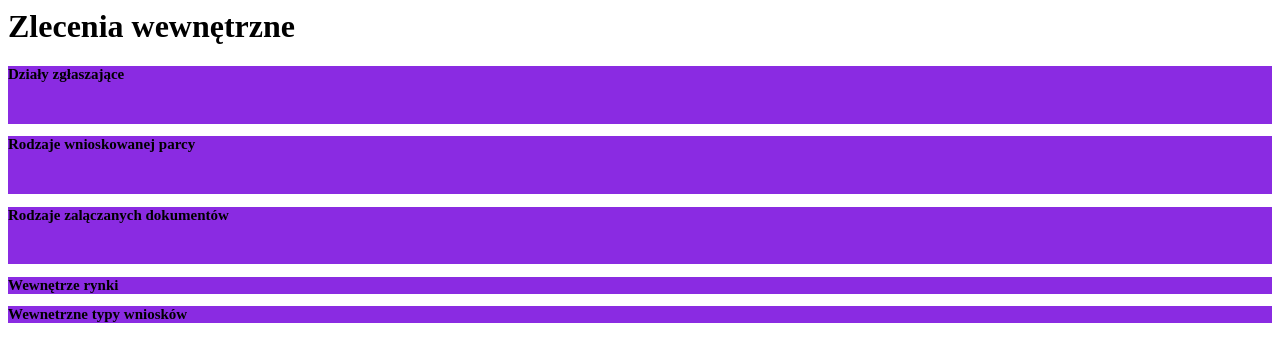
Repository: emdes515/EHpanel
Page: html/dashboardZleceniaWewnetrzne.html
These files come from the project's save history. The page is drawn as it stood at one moment and after the next save; the edit follows.
The browser window is 1280 px wide. The pictures show the whole page.

Above is the page before, as saved 2024-04-18 07:43:55.
Console error: ReferenceError: $ is not defined

### html/dashboardZleceniaWewnetrzne.html
<style>
	h2 {
		font-size: 15px;
		margin-top: 10px;
	}
</style>

<h1 class="text-center w-100">Zlecenia wewnętrzne</h1>

<div
	class="d-grid grid-col container-fluid text-center"
	style="height: 80vh">
	<div class="row">
		<div
			class="col border-primary"
			style="background-color: blueviolet"
			id="dashboardZleceniaWewnetrzneDzialyZglaszajace">
			<h2 style="height: 10%">Działy zgłaszające</h2>
			<div id="dashboardZleceniaWewnetrzneDzialyZglaszajacePulpit"></div>
		</div>

		<div
			class="col border-primary"
			style="background-color: blueviolet"
			id="dashboardZleceniaWewnetrzneRodzajeWnioskowanejPracy">
			<h2 style="height: 10%">Rodzaje wnioskowanej parcy</h2>
			<div id="dashboardZleceniaWewnetrzneRodzajeWnioskowanejPracyPulpit"></div>
		</div>

		<div
			class="col border-primary"
			style="background-color: blueviolet"
			id="dashboardZleceniaWewnetrzneRodzajeZalaczanychDokumentow">
			<h2 style="height: 10%">Rodzaje zalączanych dokumentów</h2>
			<div id="dashboardZleceniaWewnetrzneRodzajeZalaczanychDokumentowPulpit"></div>
		</div>
	</div>

	<div class="row">
		<div
			class="col-4 border-primary"
			style="background-color: blueviolet"
			id="dashboardZleceniaWewnetrzneRynki">
			<h2>Wewnętrze rynki</h2>
			<div id="dashboardZleceniaWewnetrzneRynkiPulpit"></div>
		</div>

		<div
			class="col-4 border-primary"
			style="background-color: blueviolet"
			id="dashboardZleceniaWewnetrzneTypyWnioskow">
			<h2>Wewnetrzne typy wniosków</h2>
			<div id="dashboardZleceniaWewnetrzneTypyWnioskowPulpit"></div>
		</div>
	</div>

	<script
		type="text/javascript"
		src="js/dashboardZleceniaWewnetrzne.js"></script>
</div>

### js/dashboardZleceniaWewnetrzne.js
$(document).ready(function () {
	const daneJSON = wczytajDane('php/index.php', {
		modul: 'dashboardZleceniaWewnetrzne',
		funkcja: 'wczytaj',
		idPracownika: wczytajDane('php/index.php', {
			modul: 'logowanie',
			funkcja: 'getIdPracownika',
		}).wynik,
	});

	if (daneJSON['menu_zleceniaWewnetrzne_dzialZglaszajacy'].menu_zleceniaWewnetrzne_dzialZglaszajacy)
		$('#dashboardZleceniaWewnetrzneDzialyZglaszajacePulpit').html(
			daneJSON['menu_zleceniaWewnetrzne_dzialZglaszajacy'].html
		);
	else $('#dashboardZleceniaWewnetrzneDzialyZglaszajacePulpit').load('html/brakUprawnien.html');

	if (
		daneJSON['menu_zleceniaWewnetrzne_rodzajWnioskowanejPracy']
			.menu_zleceniaWewnetrzne_rodzajWnioskowanejPracy
	)
		$('#dashboardZleceniaWewnetrzneRodzajeWnioskowanejPracyPulpit').html(
			daneJSON['menu_zleceniaWewnetrzne_rodzajWnioskowanejPracy'].html
		);
	else
		$('#dashboardZleceniaWewnetrzneRodzajeWnioskowanejPracyPulpit').load('html/brakUprawnien.html');

	if (
		daneJSON['menu_zleceniaWewnetrzne_rodzajZalaczanychDokumentow']
			.menu_zleceniaWewnetrzne_rodzajZalaczanychDokumentow
	)
		$('#dashboardZleceniaWewnetrzneRodzajeZalaczanychDokumentowPulpit').html(
			daneJSON['menu_zleceniaWewnetrzne_rodzajZalaczanychDokumentow'].html
		);
	else
		$('#dashboardZleceniaWewnetrzneRodzajeZalaczanychDokumentowPulpit').load(
			'html/brakUprawnien.html'
		);

	if (daneJSON['menu_zleceniaWewnetrzne_rynkek'].menu_zleceniaWewnetrzne_rynkek)
		$('#dashboardZleceniaWewnetrzneRynkiPulpit').html(
			daneJSON['menu_zleceniaWewnetrzne_rynkek'].html
		);
	else $('#dashboardZleceniaWewnetrzneRynkiPulpit').load('html/brakUprawnien.html');

	if (daneJSON['menu_zleceniaWewnetrzne_typWniosku'].menu_zleceniaWewnetrzne_typWniosku)
		$('#dashboardZleceniaWewnetrzneTypyWnioskowPulpit').html(
			daneJSON['menu_zleceniaWewnetrzne_typWniosku'].html
		);
	else $('#dashboardZleceniaWewnetrzneTypyWnioskowPulpit').load('html/brakUprawnien.html');
});

After the next save:
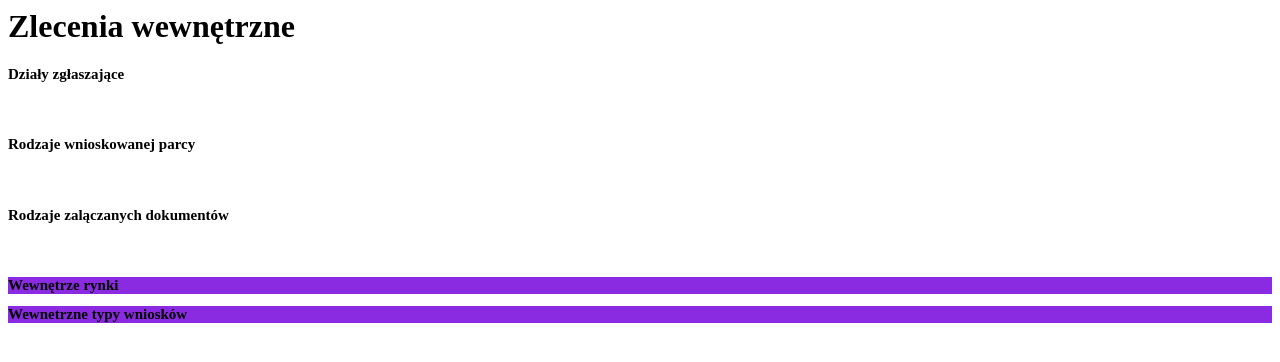
Saved 43 s later.
--- a/html/dashboardZleceniaWewnetrzne.html
+++ b/html/dashboardZleceniaWewnetrzne.html
@@ -13,7 +13,6 @@
 	<div class="row">
 		<div
 			class="col border-primary"
-			style="background-color: blueviolet"
 			id="dashboardZleceniaWewnetrzneDzialyZglaszajace">
 			<h2 style="height: 10%">Działy zgłaszające</h2>
 			<div id="dashboardZleceniaWewnetrzneDzialyZglaszajacePulpit"></div>
@@ -21,7 +20,6 @@
 
 		<div
 			class="col border-primary"
-			style="background-color: blueviolet"
 			id="dashboardZleceniaWewnetrzneRodzajeWnioskowanejPracy">
 			<h2 style="height: 10%">Rodzaje wnioskowanej parcy</h2>
 			<div id="dashboardZleceniaWewnetrzneRodzajeWnioskowanejPracyPulpit"></div>
@@ -29,7 +27,6 @@
 
 		<div
 			class="col border-primary"
-			style="background-color: blueviolet"
 			id="dashboardZleceniaWewnetrzneRodzajeZalaczanychDokumentow">
 			<h2 style="height: 10%">Rodzaje zalączanych dokumentów</h2>
 			<div id="dashboardZleceniaWewnetrzneRodzajeZalaczanychDokumentowPulpit"></div>
